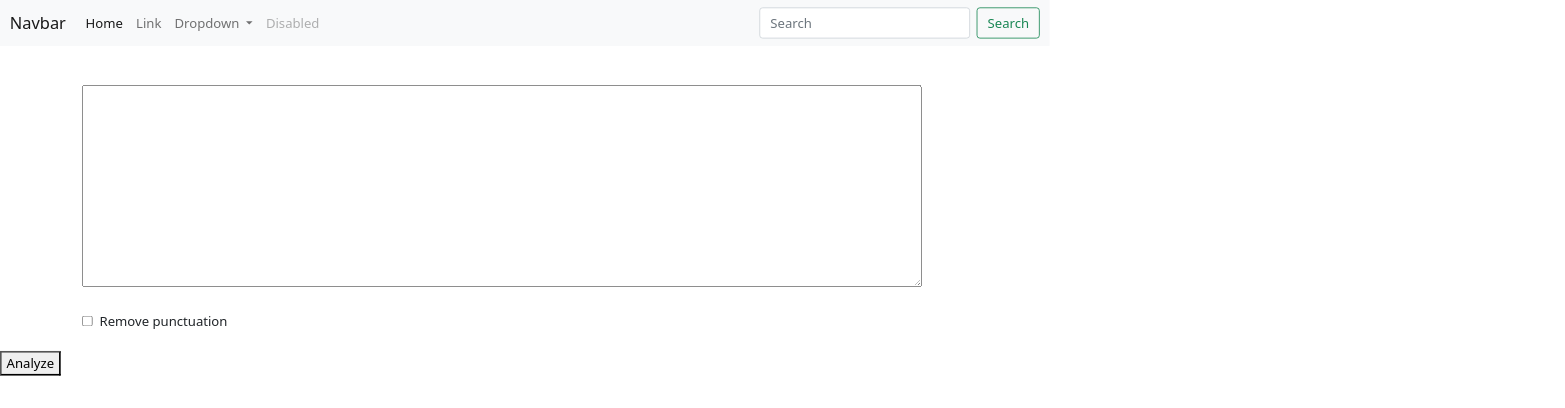
Repository: thenameisshreyank/Textutility
Page: http://localhost/
These files come from the project's save history. The page is drawn as it stood at one moment and after the next save; the edit follows.
The browser window is 1280 px wide. The page is 1280 px wide, then 1908 px, then 1280 px, so the pictures cover 1908 px, including what lies to the right of the window. The pictures show the whole page, at 82% of full size.
The page is served by the project's application, run on Django 4.2 (manage.py). Other server files are loaded and not shown.

Above is the page before, as saved 2022-04-12 08:42:04.

### templates/index.html
<!DOCTYPE html>
<html lang="en">
<head>
    <meta charset="UTF-8">
    <meta http-equiv="X-UA-Compatible" content="IE=edge">
    <meta name="viewport" content="width=device-width, initial-scale=1.0">
    <!-- CSS only -->
<link href="https://cdn.jsdelivr.net/npm/bootstrap@5.1.3/dist/css/bootstrap.min.css" rel="stylesheet" integrity="sha384-1BmE4kWBq78iYhFldvKuhfTAU6auU8tT94WrHftjDbrCEXSU1oBoqyl2QvZ6jIW3" crossorigin="anonymous">
    <title>Document</title>
    <style>
      #text{
        margin-left: 100px;
        width: 80%;
        margin-right:100px;
      }
      #rf{
        margin-left: 100px;


      }
    </style>
</head>
<body>
    <nav class="navbar navbar-expand-lg navbar-light bg-light">
        <div class="container-fluid">
          <a class="navbar-brand" href="https://getbootstrap.com/">Navbar</a>
          <button class="navbar-toggler" type="button" data-bs-toggle="collapse" data-bs-target="#navbarSupportedContent" aria-controls="navbarSupportedContent" aria-expanded="false" aria-label="Toggle navigation">
            <span class="navbar-toggler-icon"></span>
          </button>
          <div class="collapse navbar-collapse" id="navbarSupportedContent">
            <ul class="navbar-nav me-auto mb-2 mb-lg-0">
              <li class="nav-item">
                <a class="nav-link active" aria-current="page" href="#">Home</a>
              </li>
              <li class="nav-item">
                <a class="nav-link" href="#">Link</a>
              </li>
              <li class="nav-item dropdown">
                <a class="nav-link dropdown-toggle" href="#" id="navbarDropdown" role="button" data-bs-toggle="dropdown" aria-expanded="false">
                  Dropdown
                </a>
                <ul class="dropdown-menu" aria-labelledby="navbarDropdown">
                  <li><a class="dropdown-item" href="#">Action</a></li>
                  <li><a class="dropdown-item" href="#">Another action</a></li>
                  <li><hr class="dropdown-divider"></li>
                  <li><a class="dropdown-item" href="#">Something else here</a></li>
                </ul>
              </li>
              <li class="nav-item">
                <a class="nav-link disabled">Disabled</a>
              </li>
            </ul>
            <form class="d-flex">
              <input class="form-control me-2" type="search" placeholder="Search" aria-label="Search">
              <button class="btn btn-outline-success" type="submit">Search</button>
            </form>
          </div>
        </div>
      </nav><br><br>
      <form action="">
        <textarea name="text" id="text" cols="30" rows="10"></textarea><br><br>
        <input type="checkbox" id="rf" name="rf" value="Remove punctuation">&nbsp;&nbsp;Remove punctuation
        <br><br><button type="submit">Analyze</button>
      </form>
</body>
</html>

### c1/views.py

from django.http import HttpResponse
from django.shortcuts import render

from django.http import HttpResponse
# Create your views here.

def nav(request):
    return render(request,"index.html")

### c/urls.py
"""c URL Configuration

The `urlpatterns` list routes URLs to views. For more information please see:
    https://docs.djangoproject.com/en/4.0/topics/http/urls/
Examples:
Function views
    1. Add an import:  from my_app import views
    2. Add a URL to urlpatterns:  path('', views.home, name='home')
Class-based views
    1. Add an import:  from other_app.views import Home
    2. Add a URL to urlpatterns:  path('', Home.as_view(), name='home')
Including another URLconf
    1. Import the include() function: from django.urls import include, path
    2. Add a URL to urlpatterns:  path('blog/', include('blog.urls'))
"""

from django.contrib import admin
from django.urls import include, path

urlpatterns = [
    path('admin/', admin.site.urls),
    path('',include('c1.urls')),
]

### c1/urls.py




from . import views
from django.urls import path


urlpatterns=[
    path('',views.nav),
]

After the next save:
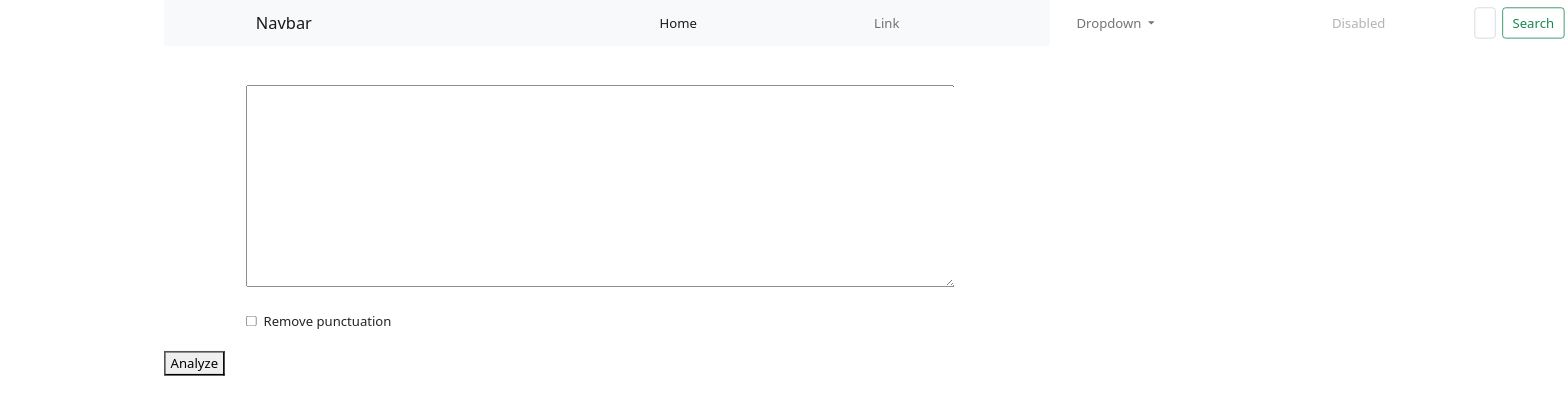
Saved 17 s later.
--- a/templates/index.html
+++ b/templates/index.html
@@ -17,6 +17,9 @@
         margin-left: 100px;
 
 
+      }
+      *{
+        margin-left: 100px;
       }
     </style>
 </head>

After the save that followed:
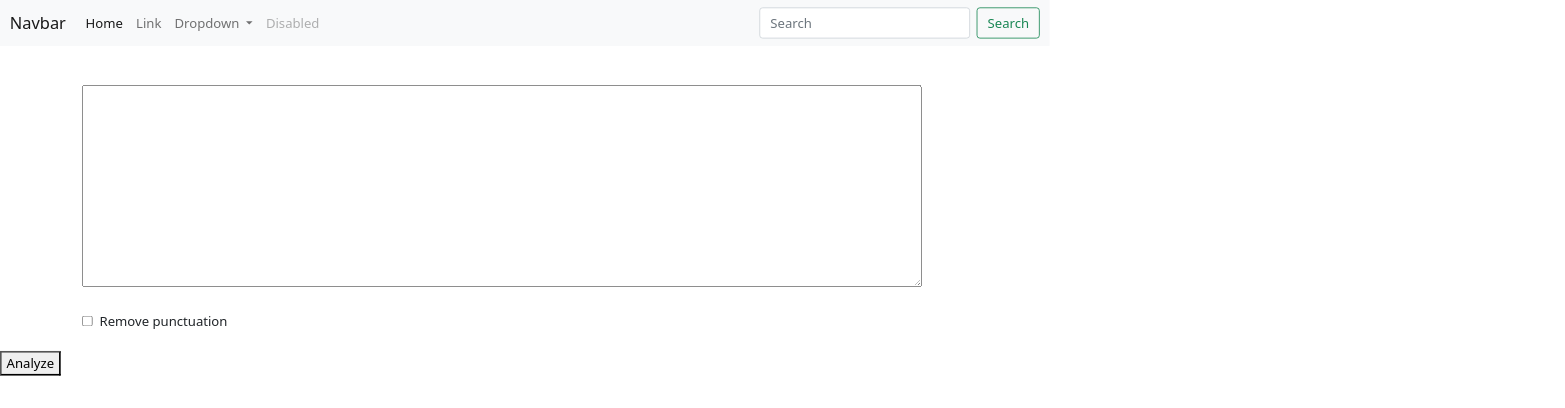
Saved 13 s later.
--- a/templates/index.html
+++ b/templates/index.html
@@ -18,9 +18,7 @@
 
 
       }
-      *{
-        margin-left: 100px;
-      }
+
     </style>
 </head>
 <body>
